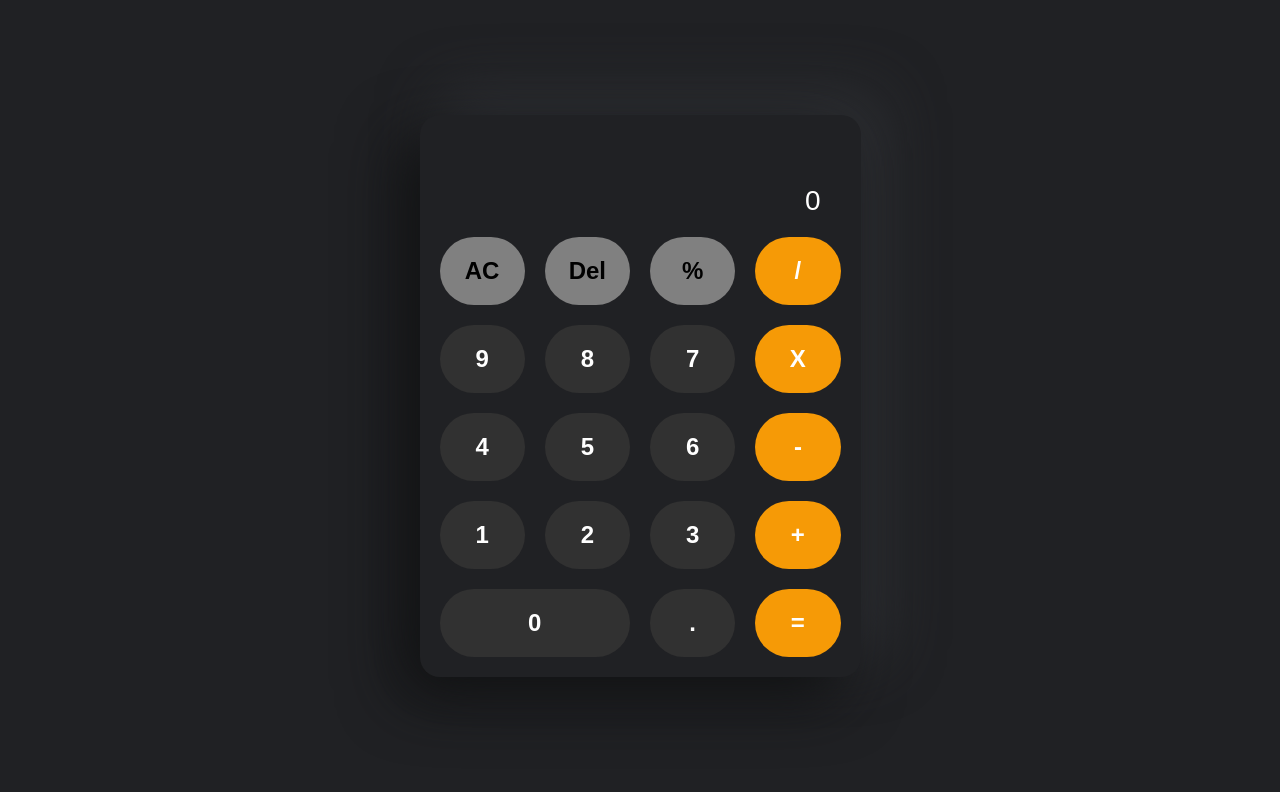
Repository: ble-syn/reactCalculator
Page: /
An editor plug-in stored every save of this project. The page is shown before and after the next save, followed by the edit.
The browser window is 1280 px wide. The pictures show the whole page.
The project was rebuilt for these pictures with package versions that can differ from the ones it lists, and the page was loaded fresh each time.

Above is the page before, as saved 2022-10-06 22:44:19.

After the next save:
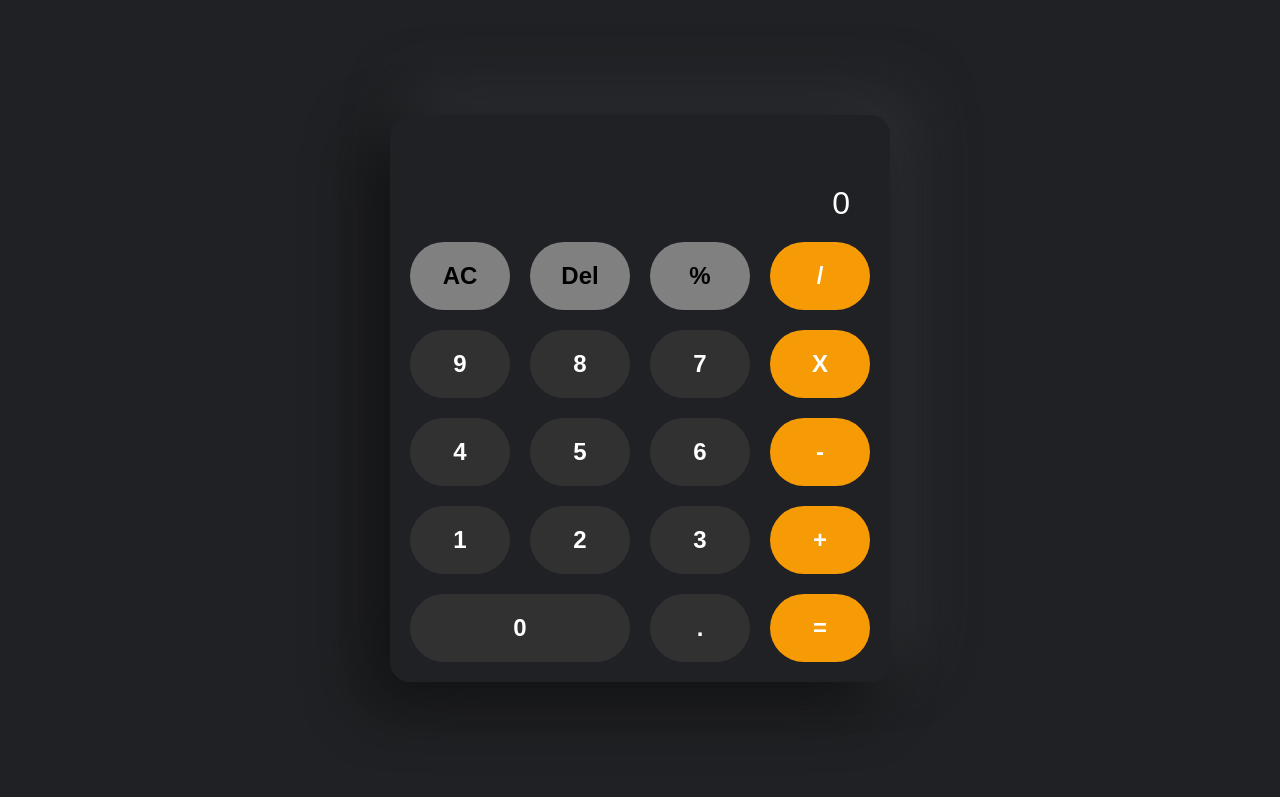
Saved 6 s later.
--- a/src/index.css
+++ b/src/index.css
@@ -27,7 +27,7 @@
   border: none;
   width: 100%;
   text-align: right;
-  font-size: 28px;
+  font-size: 32px;
   padding: 50px 20px 20px;
   color: #fff;
   background-color: #202124;

After the save that followed:
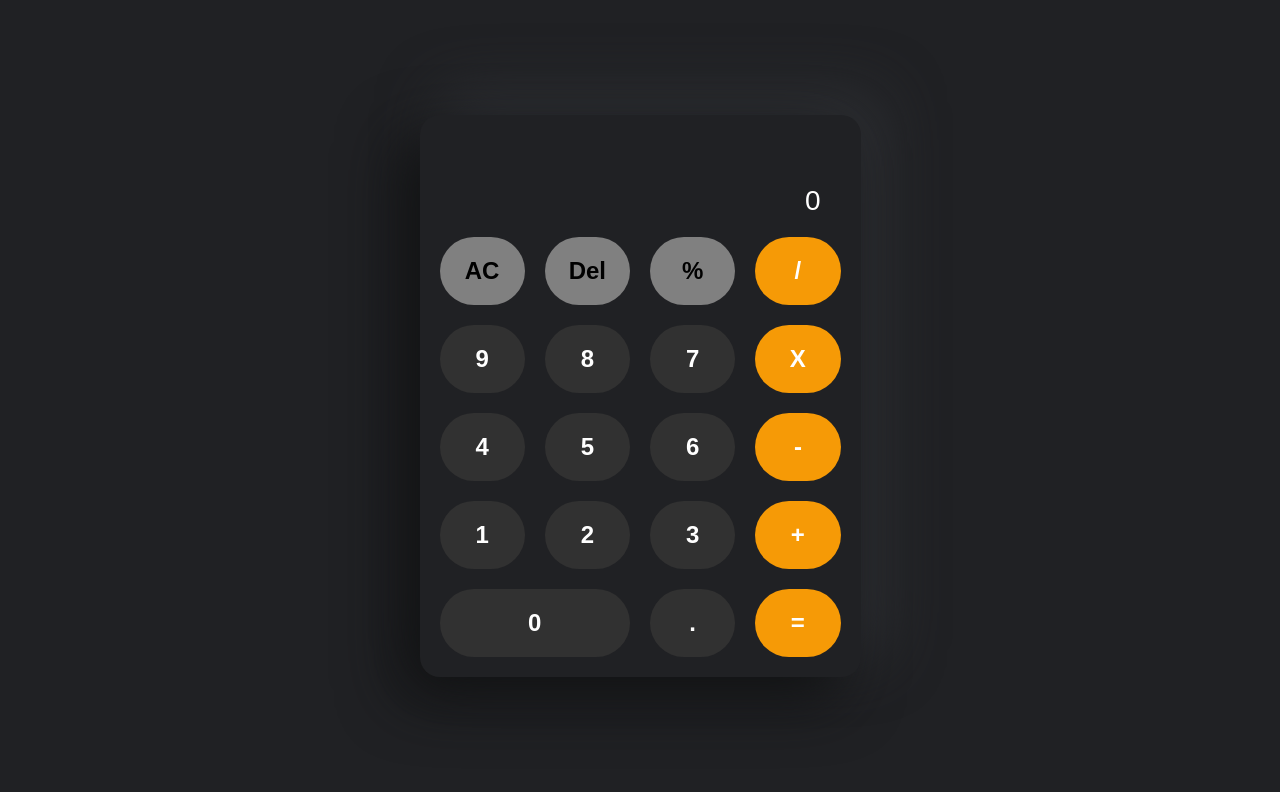
Saved 7 s later.
--- a/src/index.css
+++ b/src/index.css
@@ -27,7 +27,7 @@
   border: none;
   width: 100%;
   text-align: right;
-  font-size: 32px;
+  font-size: 28px;
   padding: 50px 20px 20px;
   color: #fff;
   background-color: #202124;
